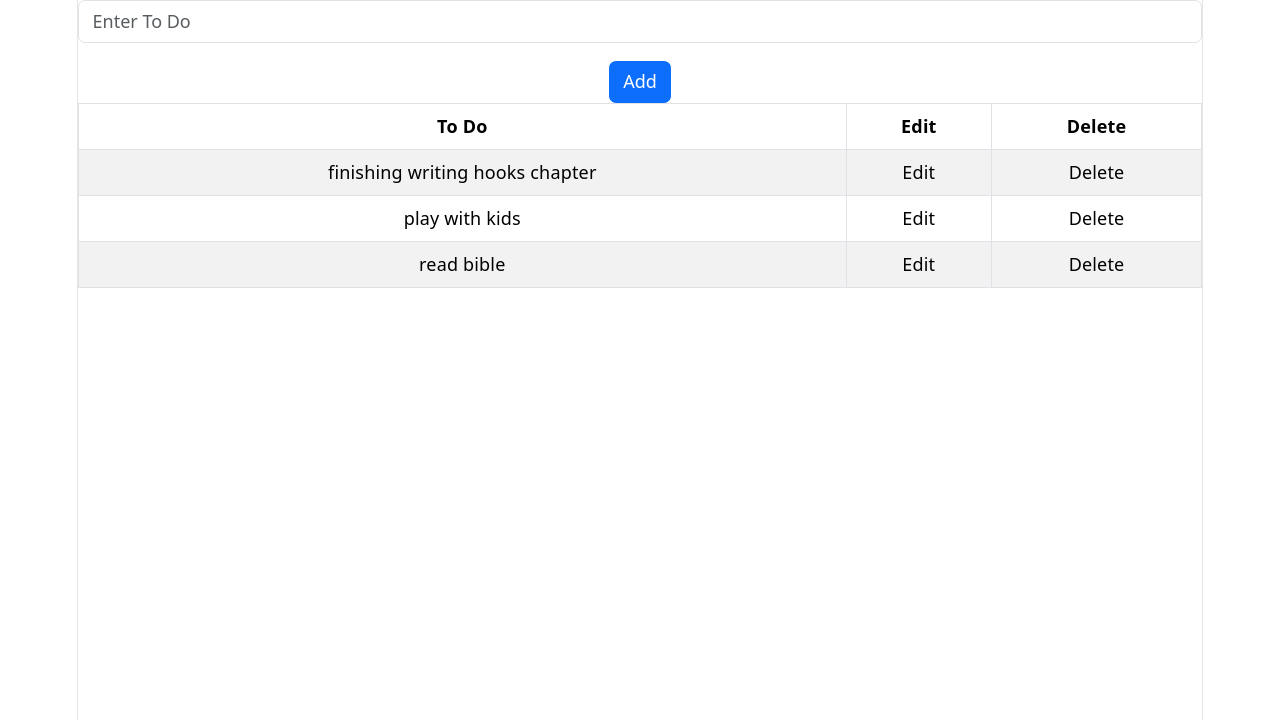
Repository: Sydwell1/ReactCourse
Page: / (app in Chapter9/react-hooks-chapter9-start/)
The author's editor kept a copy of each file at every save. The page is drawn from the files as they stood at one save, then again after the next save.
The browser window is 1280 px wide. The pictures show the whole page.
The project was rebuilt for these pictures with package versions that can differ from the ones it lists, and the page was loaded fresh each time. Requests to the local data server were answered from the project's data file. Also part of the build but not shown: Chapter9/react-hooks-chapter9-start/vite.config.js.

Above is the page before, as saved 2026-11-25 09:23:48.

After the next save:
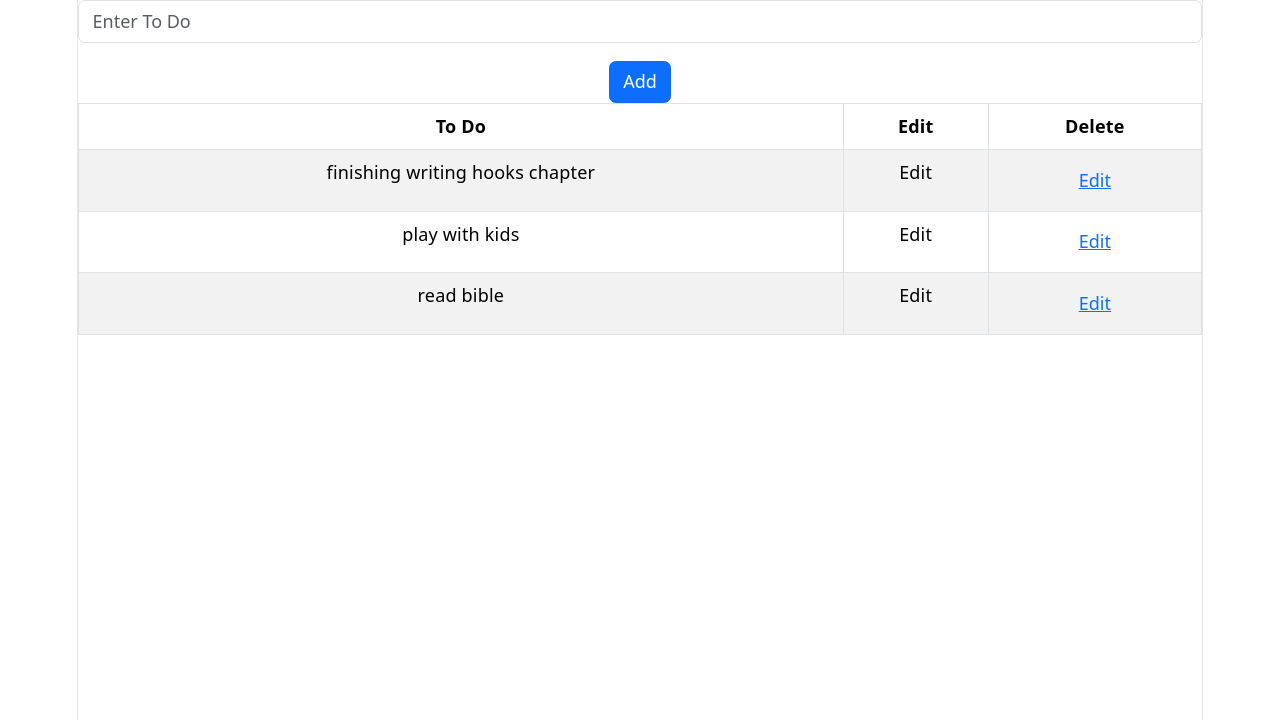
Saved 6 min 24 s later.
--- a/Chapter9/react-hooks-chapter9-start/src/ToDoList.jsx
+++ b/Chapter9/react-hooks-chapter9-start/src/ToDoList.jsx
@@ -77,7 +77,7 @@ function ToDoList() {
                   dispatch({ type: "delete", payload: todo });
                 }}
               >
-                Delete
+                <Button variant="link">Edit</Button>
               </td>
             </tr>
           ))}
